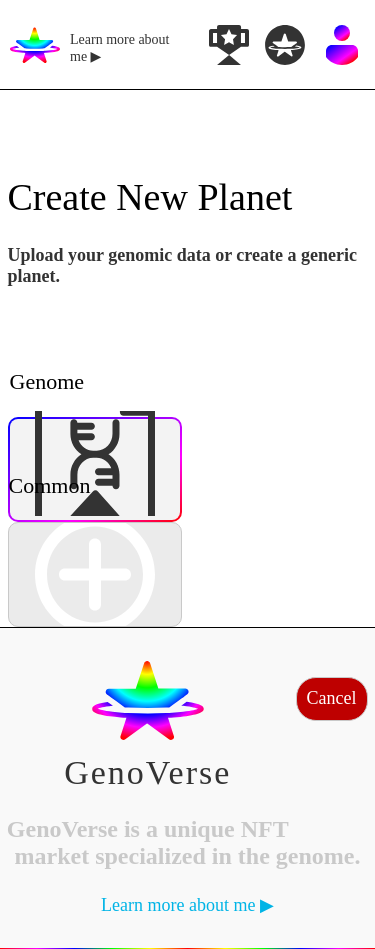
Repository: superHotBob/bioart
Page: /createnewplanet/createnewplanet_01
An editor plug-in stored every save of this project. The page is shown before and after the next save, followed by the edit.
The browser window is 375 px wide. The pictures show the whole page.
Some web fonts or font styles are not loaded; a fallback is used. The project was rebuilt for these pictures with package versions that can differ from the ones it lists, and the page was loaded fresh each time. Some packages were replaced by stand-ins written for this rebuild. The framework's server and built-in components were replaced by stand-ins that run in the browser. Also part of the build but not shown: next.config.js.

Above is the page before, as saved 2022-04-06 12:21:14.

After the next save:
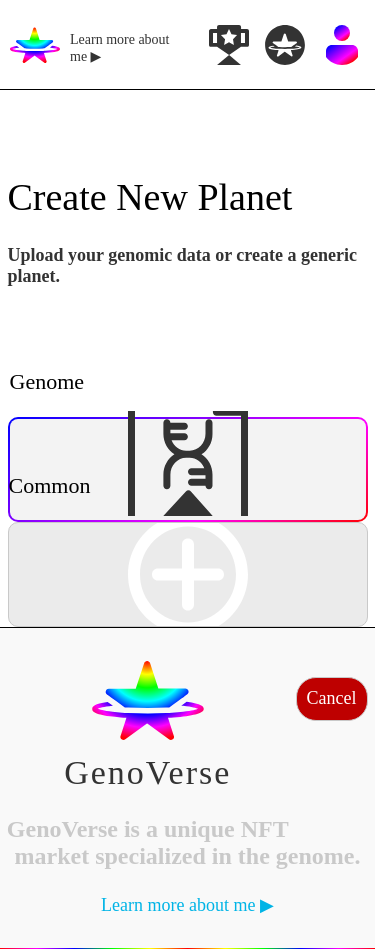
Saved 38 s later.
--- a/pages/createnewplanet/createnewplanet_01.js
+++ b/pages/createnewplanet/createnewplanet_01.js
@@ -111,6 +111,9 @@ export default function CreateNewPlanetOne() {
           .twoBloks {
             flex-direction: column;
           }
+          .genome, .common {
+            width: 100%;
+          }
         }
       `}</style>
     </div>
